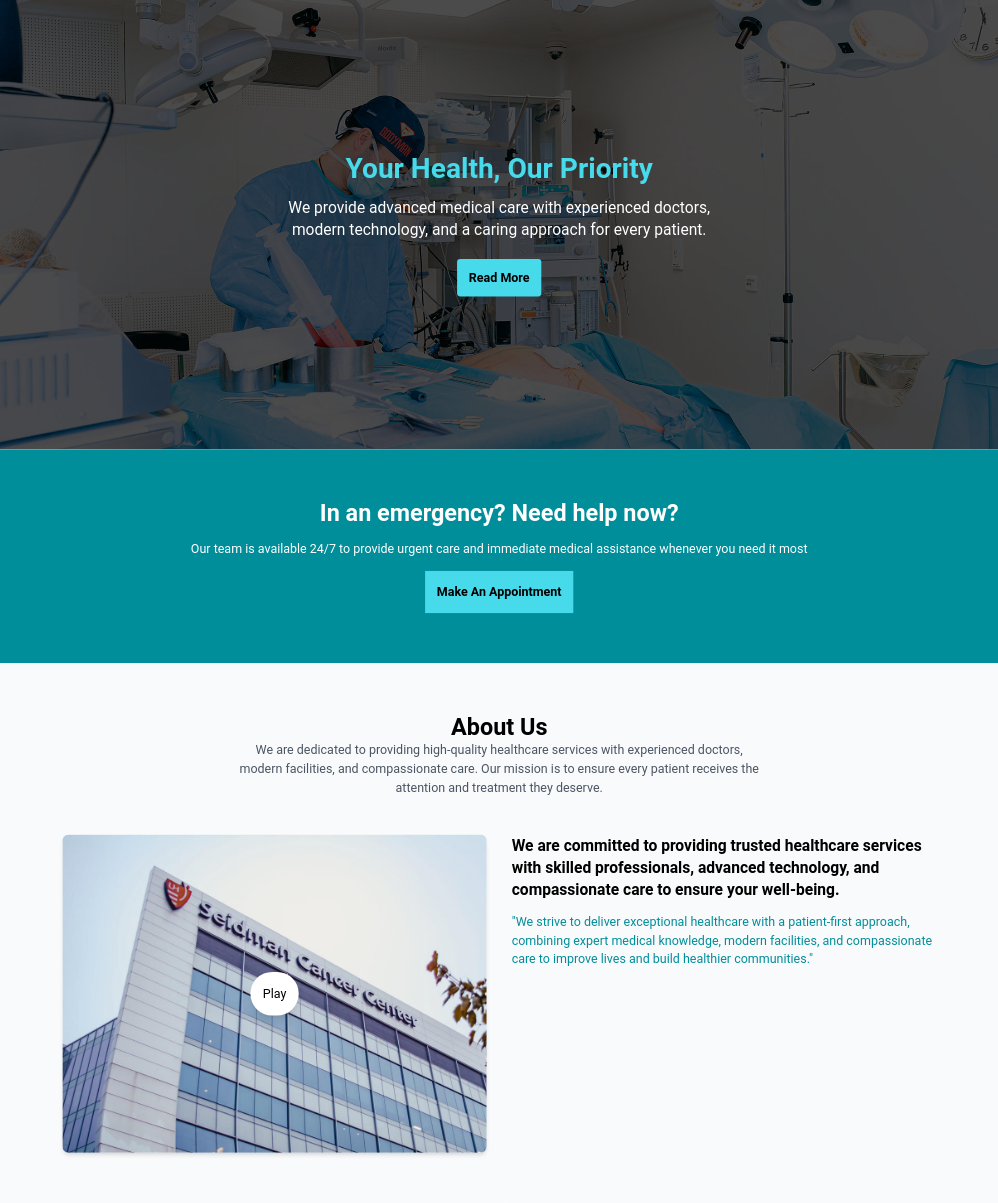
Repository: ahmedkhaleddev02-del/DoctorAppointment-MERN
Page: / (app in frontend/frontend/)
An editor plug-in stored every save of this project. The page is shown before and after the next save, followed by the edit.
The browser window is 1280 px wide. The pictures show the whole page, at 78% of full size.
The project was rebuilt for these pictures with package versions that can differ from the ones it lists, and the page was loaded fresh each time.

Above is the page before, as saved 2025-07-27 18:11:50.

After the next save:
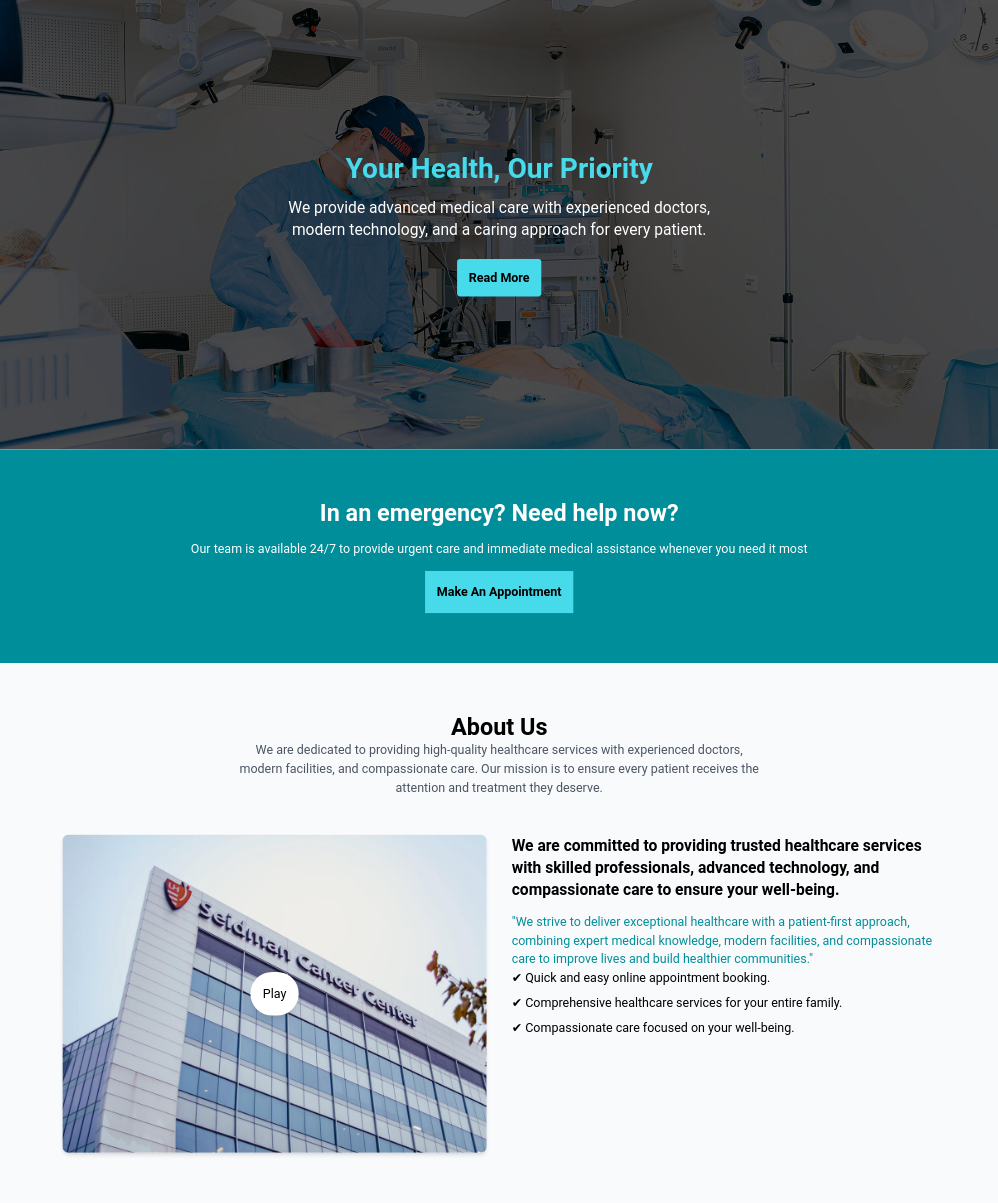
Saved 79 s later.
--- a/frontend/frontend/src/components/About.jsx
+++ b/frontend/frontend/src/components/About.jsx
@@ -34,6 +34,13 @@
                 <h3 className='text-xl font-semibold mb-4'>We are committed to providing trusted healthcare services with skilled professionals, advanced technology, and compassionate care to ensure your well-being.</h3>
                 <p className='text-[#008e9b]'>"We strive to deliver exceptional healthcare with a patient-first approach, combining expert medical knowledge, modern facilities, and compassionate care to improve lives and build healthier communities."</p>
 
+                <ul className='space-y-2 mb-4'>
+
+                    <li>✔ Quick and easy online appointment booking.</li>
+                    <li>✔ Comprehensive healthcare services for your entire family.</li>
+                    <li>✔ Compassionate care focused on your well-being.</li>
+                </ul>
+
 
             </div>
         </div>
